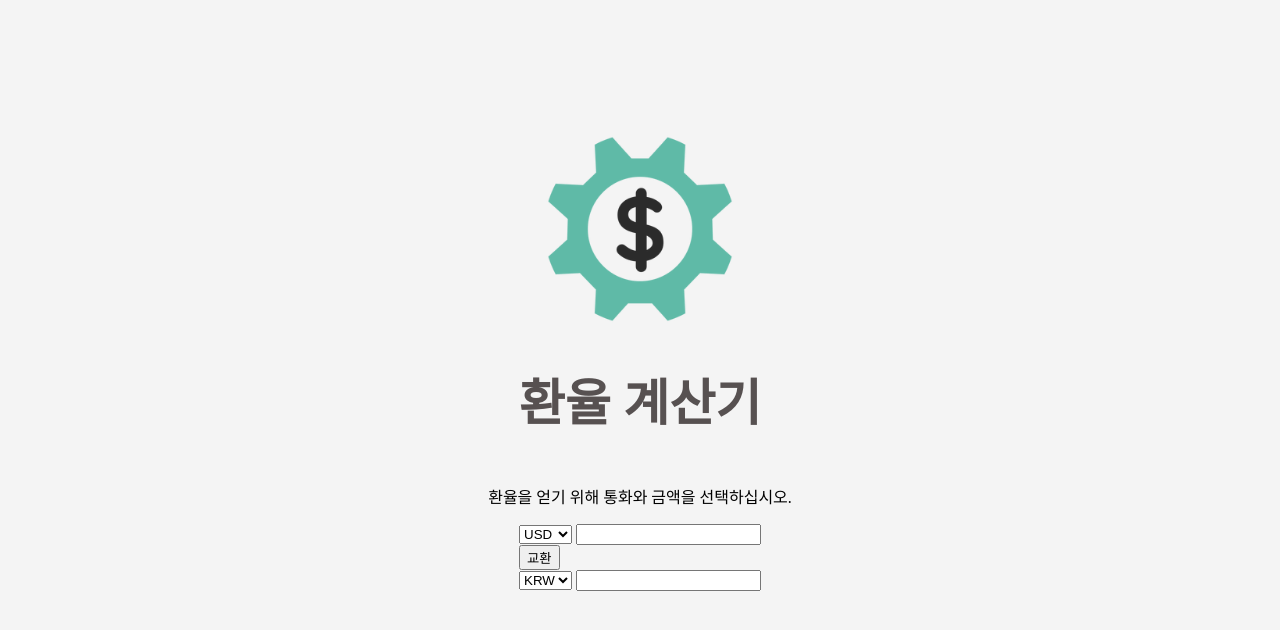
Repository: AbrorjonKuchkarov/exchange-rate
Page: index.html
The author's editor kept a copy of each file at every save. The page is drawn from the files as they stood at one save, then again after the next save.
The browser window is 1280 px wide. The pictures show the whole page.

Above is the page before, as saved 2022-02-24 01:17:55.

After the next save:
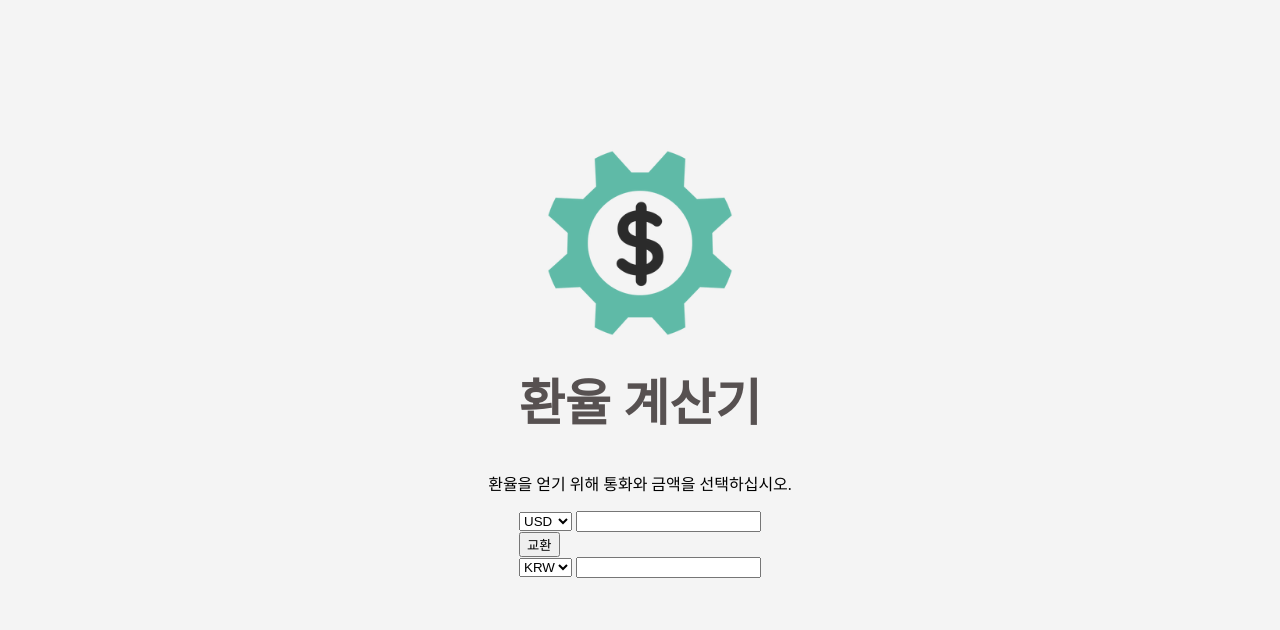
Saved 19 s later.
--- a/style.css
+++ b/style.css
@@ -19,4 +19,5 @@ img {
 h1{
    font-size: 50px;
    color: #575151;
+   margin: 20px;
 }
